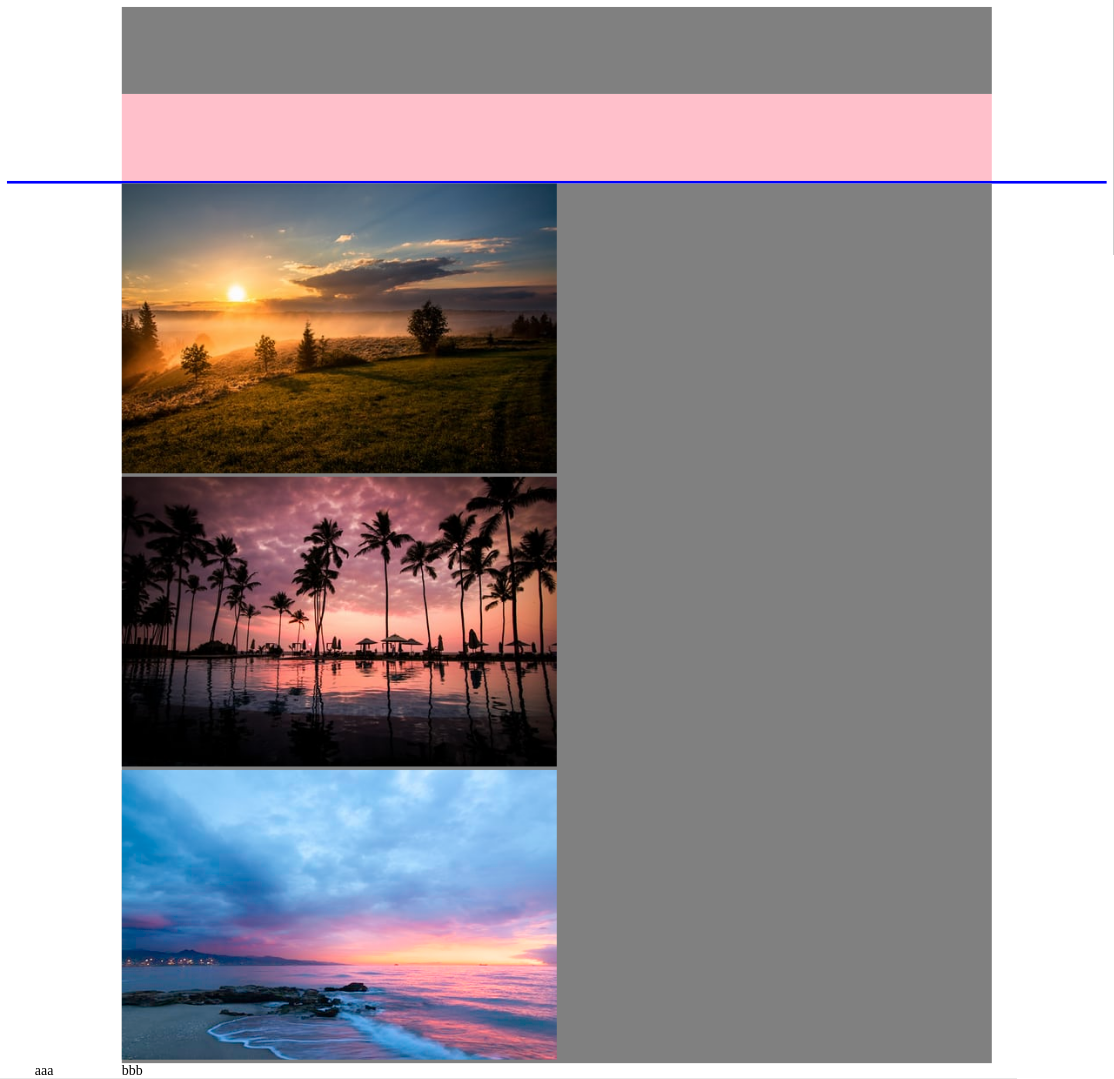
Repository: ArchivvonJang/learn_program_language
Page: webApp/WebContent/Javascript/js21_scrollBanner/img/js21_scrollBanner.html
These files come from the project's save history. The page is drawn as it stood at one moment and after the next save; the edit follows.
The browser window is 1280 px wide. The pictures show the whole page, at 87% of full size.

Above is the page before, as saved 2021-03-04 01:03:14.

### webApp/WebContent/Javascript/js21_scrollBanner/img/js21_scrollBanner.html
<!DOCTYPE html>
<html>
<head>
<meta charset="UTF-8">
<title>Insert title here</title>
<style>
	#header1, #header2{
		height:100px;
		width:1000px;
		margin:0 auto;
	}
	#header1{
		background-color:gray;
	}
	#header2{
		background-color:pink;
	}
	#bar{
		height:3px;
		background-color:blue;
	}
	#content{
		width:1000px;
		margin:0 auto;
		background-color:gray;
		position:relative;

	}

	/*배너*/
	#leftBanner, #rightBanner{
		position:absolute;
		width:100px;
	}
	#leftBanner{
		left:-100px;
	}

</style>
</head>
<body>
<div id= "header1"></div>
<div id="header2"></div>
<div id="bar"></div>
<div id="content">
	<img src="../img/sunset1.jpg"/>
	<img src="../img/sunset2.jpg"/>
	<img src="../img/sunset3.jpg"/>

	<!-- 배너 -->
	<div id="leftBanner">aaa</div>
	<div id="rightBanner">bbb</div>

	</div>
</body>
</html>

After the next save:
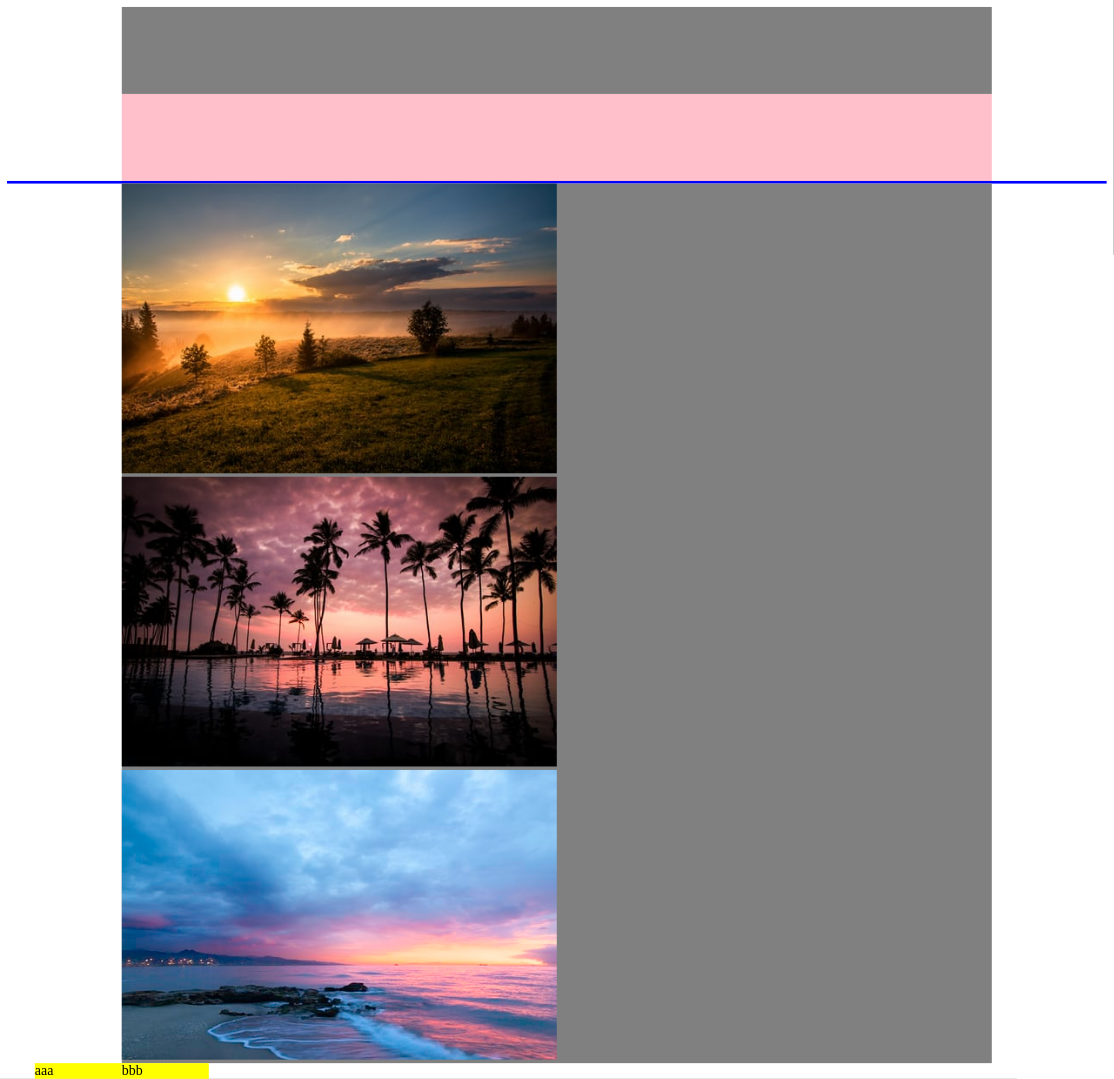
Saved 18 s later.
--- a/webApp/WebContent/Javascript/js21_scrollBanner/img/js21_scrollBanner.html
+++ b/webApp/WebContent/Javascript/js21_scrollBanner/img/js21_scrollBanner.html
@@ -31,6 +31,7 @@
 	#leftBanner, #rightBanner{
 		position:absolute;
 		width:100px;
+		background-color:yellow;
 	}
 	#leftBanner{
 		left:-100px;
